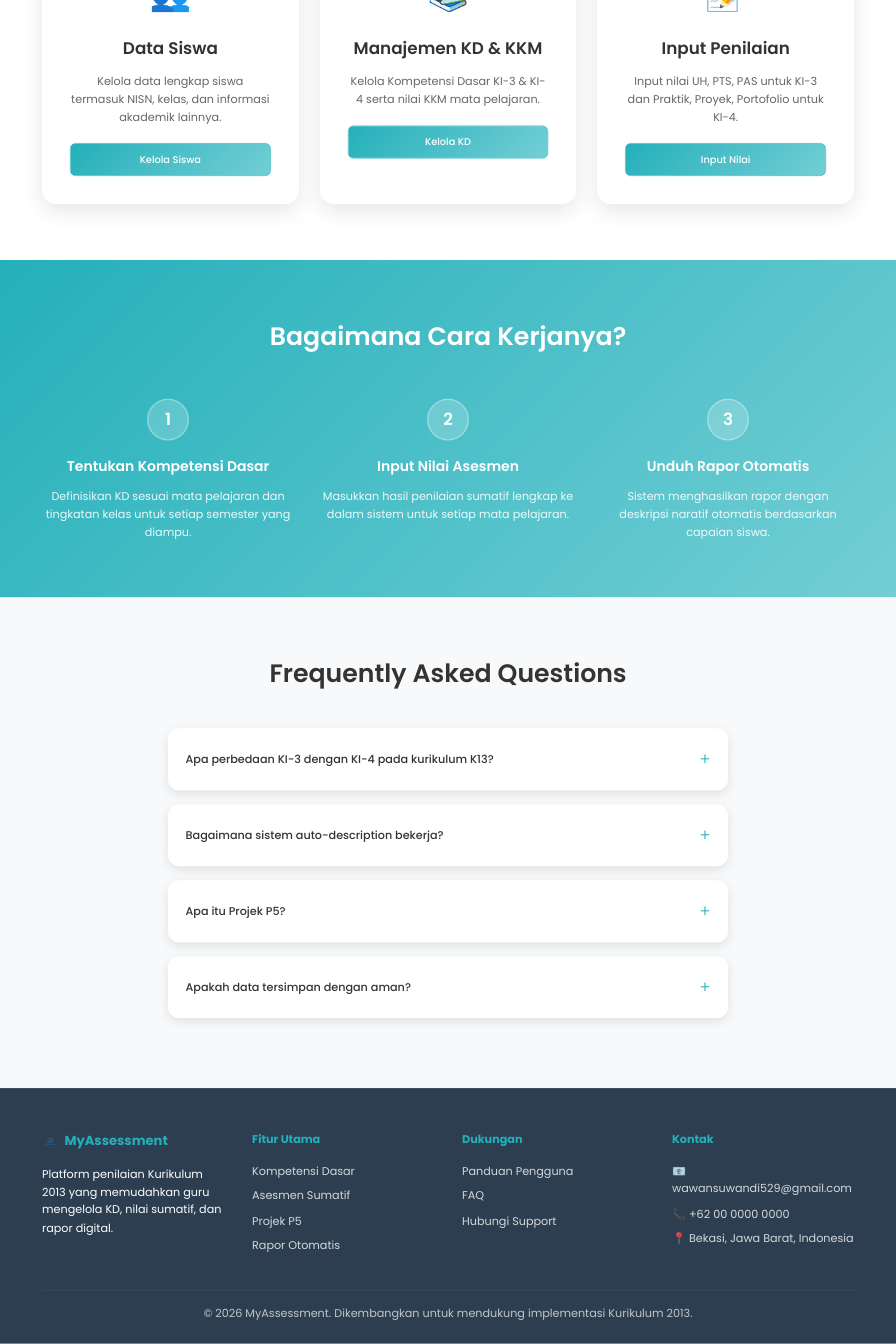
Repository: Ws529/MyAssassment_Final
Page: MyAssessment/wwwroot/index.html
The author's editor kept a copy of each file at every save. The page is drawn from the files as they stood at one save, then again after the next save.
The browser window is 1280 px wide. The pictures show the part of the page from y = 1078 to 2998 px (the page is 2998 px tall before and 2871 px after), at 70% of full size.

Above is the page before, as saved 2026-01-01 14:52:19.

After the next save:
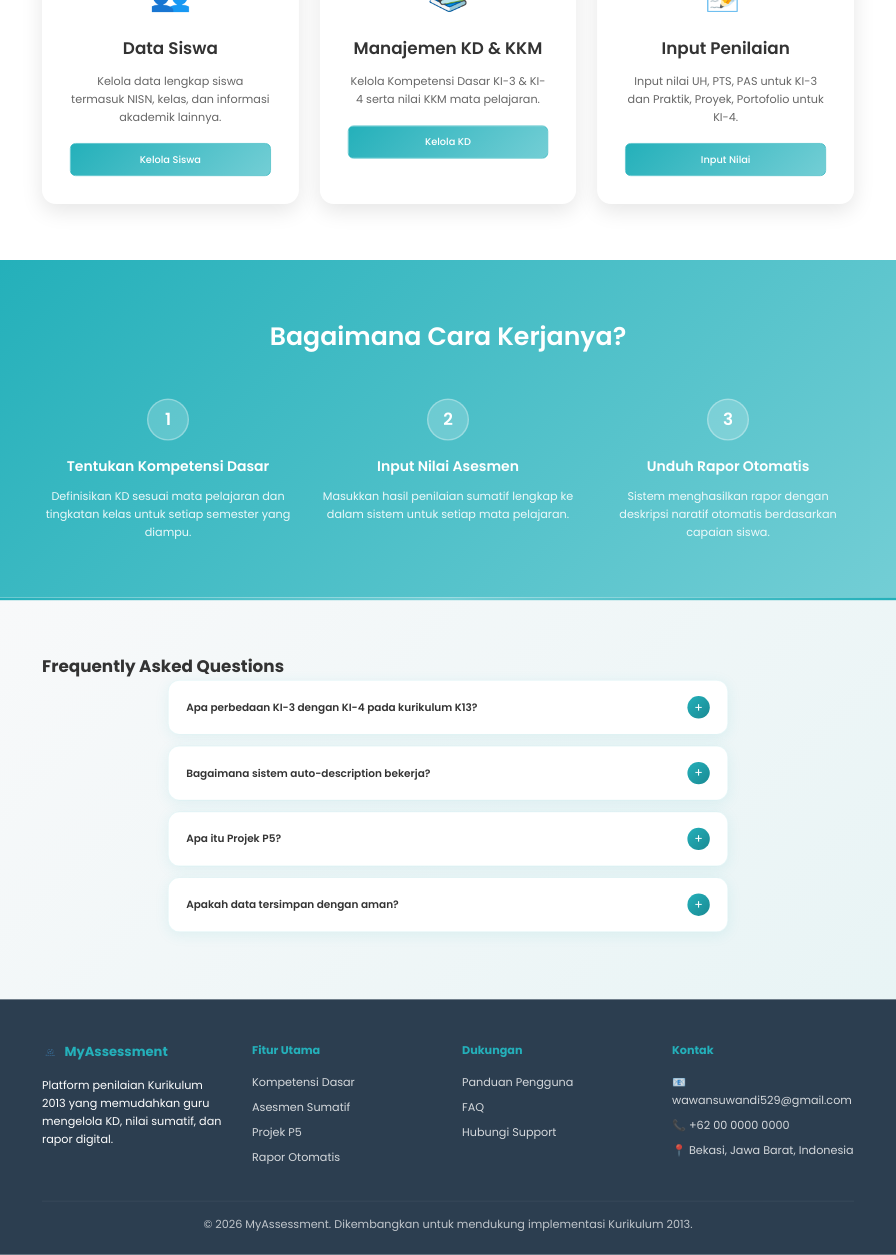
Saved 23 s later.
--- a/MyAssessment/wwwroot/index.html
+++ b/MyAssessment/wwwroot/index.html
@@ -63,16 +63,77 @@
         .step p { opacity: 0.9; line-height: 1.6; }
 
         /* FAQ Section */
-        .faq { padding: 80px 0; background: #f8f9fa; }
-        .faq h2 { text-align: center; font-size: 36px; font-weight: 600; margin-bottom: 50px; color: #333; }
+        .faq { padding: 80px 0; background: linear-gradient(135deg, #f8f9fa 0%, #e8f4f5 100%); position: relative; }
+        .faq::before { content: ''; position: absolute; top: 0; left: 0; right: 0; height: 4px; background: linear-gradient(90deg, #24b0ba, #73ced5, #24b0ba); }
+        .faq-header { text-align: center; margin-bottom: 50px; }
+        .faq-header h2 { font-size: 36px; font-weight: 700; color: #333; margin-bottom: 15px; }
+        .faq-header p { color: #666; font-size: 16px; max-width: 500px; margin: 0 auto; }
         .faq-list { max-width: 800px; margin: 0 auto; }
-        .faq-item { background: white; margin-bottom: 20px; border-radius: 15px; overflow: hidden; box-shadow: 0 5px 15px rgba(0,0,0,0.1); }
-        .faq-question { padding: 25px; display: flex; justify-content: space-between; align-items: center; cursor: pointer; font-weight: 500; transition: background 0.3s; }
-        .faq-question:hover { background: #f8f9fa; }
-        .faq-toggle { font-size: 24px; font-weight: 300; color: #24b0ba; transition: transform 0.3s; }
-        .faq-answer { padding: 0 25px 25px; color: #666; line-height: 1.6; display: none; }
-        .faq-item.active .faq-answer { display: block; }
-        .faq-item.active .faq-toggle { transform: rotate(45deg); }
+        .faq-item {
+            background: white;
+            margin-bottom: 16px;
+            border-radius: 16px;
+            overflow: hidden;
+            box-shadow: 0 4px 20px rgba(36, 176, 186, 0.1);
+            border: 1px solid rgba(36, 176, 186, 0.1);
+            transition: all 0.3s ease;
+        }
+        .faq-item:hover {
+            box-shadow: 0 8px 30px rgba(36, 176, 186, 0.2);
+            transform: translateY(-2px);
+        }
+        .faq-item.active {
+            border-color: #24b0ba;
+            box-shadow: 0 8px 30px rgba(36, 176, 186, 0.25);
+        }
+        .faq-question {
+            padding: 22px 25px;
+            display: flex;
+            justify-content: space-between;
+            align-items: center;
+            cursor: pointer;
+            font-weight: 600;
+            font-size: 15px;
+            color: #333;
+            transition: all 0.3s ease;
+            gap: 15px;
+        }
+        .faq-question:hover { background: linear-gradient(135deg, #f8fffe 0%, #f0fafb 100%); }
+        .faq-question span:first-child { flex: 1; }
+        .faq-toggle {
+            width: 32px;
+            height: 32px;
+            background: linear-gradient(135deg, #24b0ba, #1a8a93);
+            border-radius: 50%;
+            display: flex;
+            align-items: center;
+            justify-content: center;
+            font-size: 18px;
+            font-weight: 400;
+            color: white;
+            transition: all 0.4s ease;
+            flex-shrink: 0;
+        }
+        .faq-item:hover .faq-toggle { transform: scale(1.1); }
+        .faq-item.active .faq-toggle {
+            transform: rotate(45deg);
+            background: linear-gradient(135deg, #1a8a93, #24b0ba);
+            box-shadow: 0 4px 15px rgba(36, 176, 186, 0.4);
+        }
+        .faq-answer {
+            padding: 0 25px 22px;
+            color: #555;
+            line-height: 1.7;
+            display: none;
+            font-size: 14px;
+            border-top: 1px dashed rgba(36, 176, 186, 0.2);
+            margin-top: 0;
+            padding-top: 18px;
+            background: linear-gradient(180deg, #fafffe 0%, white 100%);
+        }
+        .faq-answer p { margin: 0; }
+        .faq-item.active .faq-answer { display: block; animation: fadeIn 0.3s ease; }
+        @keyframes fadeIn { from { opacity: 0; transform: translateY(-10px); } to { opacity: 1; transform: translateY(0); } }
 
         /* Footer */
         .footer { background: #2c3e50; color: white; padding: 60px 0 30px; }
